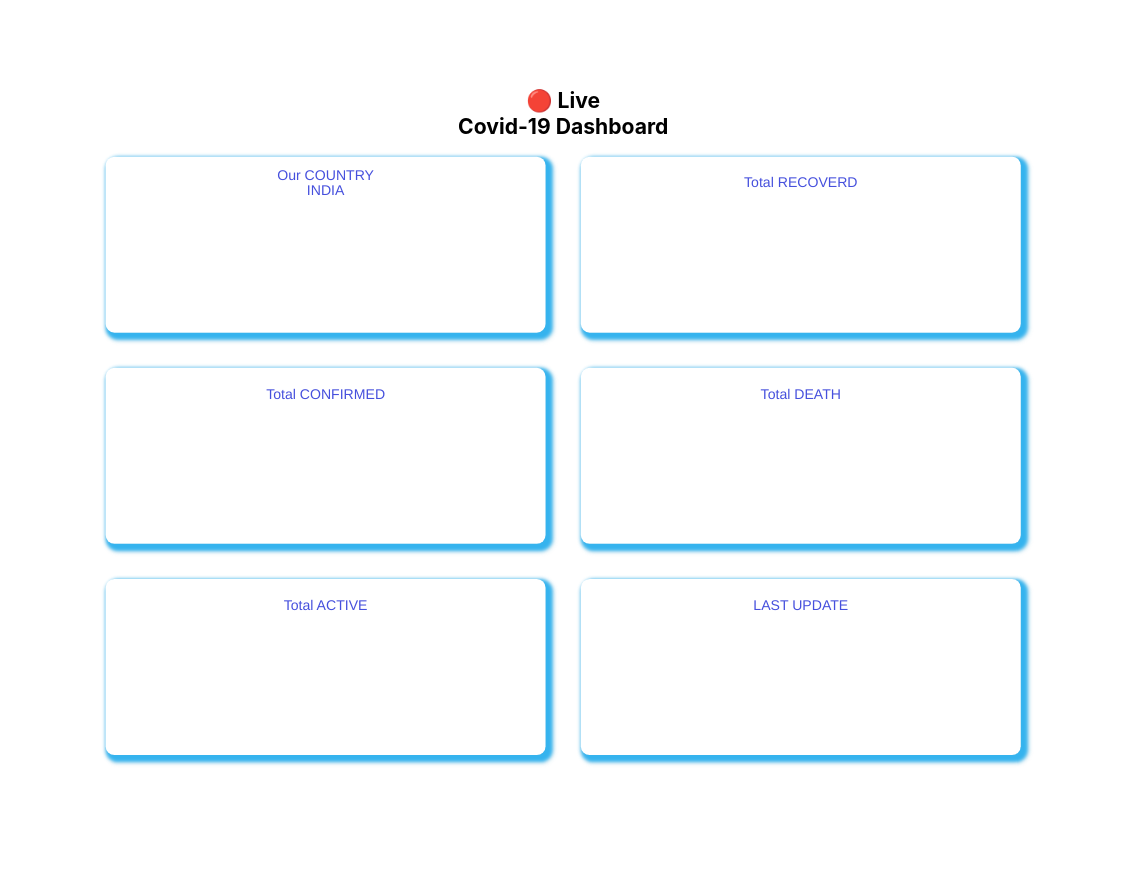
Repository: Aniketlamage/covid19-dashboard
Page: /
An editor plug-in stored every save of this project. The page is shown before and after the next save, followed by the edit.
The browser window is 1280 px wide. The pictures show the whole page, at 88% of full size.
The page's requests for data from a server got no answer. The project was rebuilt for these pictures with package versions that can differ from the ones it lists, and the page was loaded fresh each time. No one was signed in, and anything a server would have sent is missing.

Above is the page before, as saved 2021-09-30 20:58:52.

After the next save:
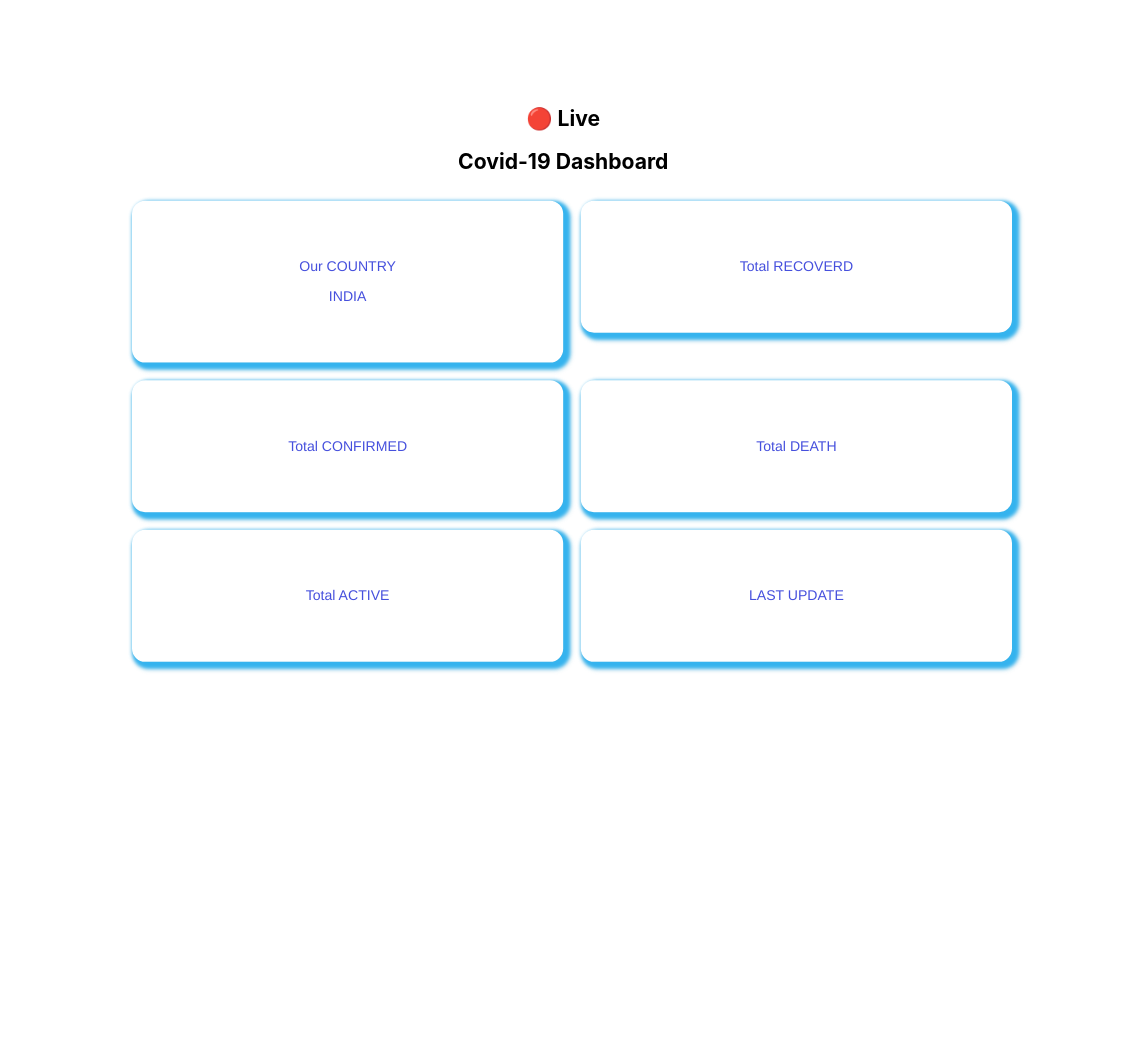
Saved 29 s later.
--- a/src/components/covid.css
+++ b/src/components/covid.css
@@ -1,10 +1,5 @@
 
-/*  Basic Styling */
-* {
-    margin: 0;
-    padding: 0;
-    box-sizing: border-box;
-  }
+
 .main,body {
     background-color: white;
     padding: 100px;
@@ -30,13 +25,12 @@ ul{
     flex-wrap: wrap;
 }
 div.card__main{
-    margin: 20px;
-  padding: 20px;
-  width: 500px;
-  min-height: 200px;
-  display: grid;
-  grid-template-rows: 20px 50px 1fr 50px;
-  border-radius: 10px;
+    /*background-color: white;*/
+
+    border-radius: 15px;
+    width: 390px;
+    padding: 50px;
+    margin: 10px;
     align-items: center;
     cursor: pointer;
     box-shadow: 4px 4px 4px 4px #35b3ee, 5px 5px 5px 5px rgba(75, 155, 187, 0.19);
